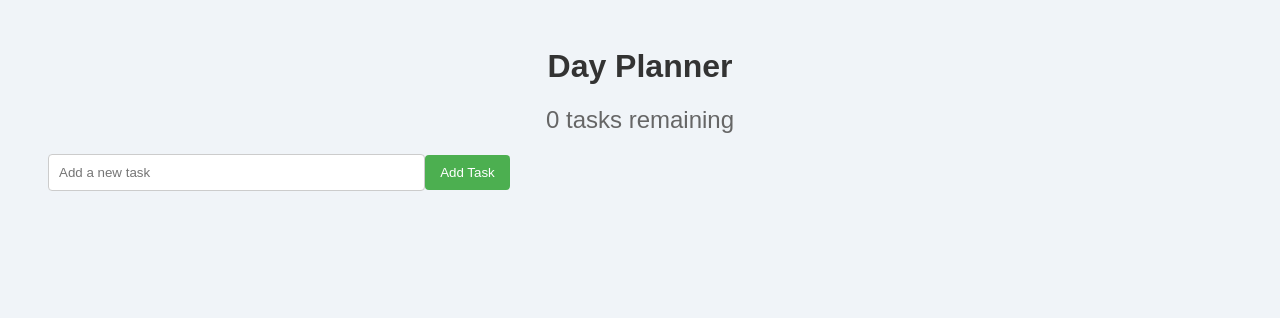
Repository: madelinestruthers/shema-lab04
Page: /
The author's editor kept a copy of each file at every save. The page is drawn from the files as they stood at one save, then again after the next save.
The browser window is 1280 px wide. The pictures show the whole page.
The project was rebuilt for these pictures with package versions that can differ from the ones it lists, and the page was loaded fresh each time. Also part of the build but not shown: src/components/Task.jsx.

Above is the page before, as saved 2024-10-20 19:55:00.

### src/index.css
/* src/index.css */
body {
  font-family: Arial, sans-serif;
  background-color: #f0f4f8;
  margin: 3rem;
  padding: 0;
}

.app-container {
  width: 80%;
  max-width: 600px;
  margin: 50px auto;
  background-color: #fff;
  padding: 20px;
  border-radius: 8px;
  box-shadow: 0 4px 8px rgba(0, 0, 0, 0.1);
}

h1 {
  text-align: center;
  color: #333;
}

h2 {
  text-align: center;
  color: #666;
  font-weight: normal;
}

.task-list {
  margin-top: 20px;
}

.task-item {
  display: flex;

  align-items: center;
  background-color: #f9f9f9;
  padding: 10px;
  border-radius: 4px;
  margin-bottom: 10px;
  border: 1px solid #e0e0e0;
}

.task-item.completed {
  background-color: #d1f7c4;
  text-decoration: line-through;
}

.task-item button {
  background-color: #ff4d4d;
  color: white;
  border: none;
  padding: 5px 10px;
  border-radius: 4px;
  cursor: pointer;
}

.task-item button:hover {
  background-color: #ff3333;
}

input[type="text"] {
  width: 30%;
  padding: 10px;
  border: 1px solid #ccc;
  border-radius: 4px;
}

button {
  background-color: #4caf50;
  color: white;
  border: none;
  padding: 10px 15px;
  border-radius: 4px;
  cursor: pointer;
}

button:hover {
  background-color: #45a049;
}


code {
  font-family: source-code-pro, Menlo, Monaco, Consolas, 'Courier New',
    monospace;
}

### src/App.jsx
// src/App.js
import React, { useState } from 'react';
import Task from './components/Task';
import TaskForm from './components/TaskForm';

function App() {
  const [tasks, setTasks] = useState([]);

  // Function to add a new task
  const addTask = (taskText) => {
    const newTask = {
      id: Date.now(),
      text: taskText,
      completed: false
    };
    setTasks([...tasks, newTask]);
  };

  // Function to toggle the task's completion status
  const toggleComplete = (taskId) => {
    setTasks(tasks.map(task =>
      task.id === taskId ? { ...task, completed: !task.completed } : task
    ));
  };

  // Function to delete a task
  const deleteTask = (taskId) => {
    setTasks(tasks.filter(task => task.id !== taskId));
  };

  // Count pending tasks
  const remainingTasks = tasks.filter(task => !task.completed).length;

  return (
    <div>
      <h1>Day Planner</h1>
      <h2>{remainingTasks} tasks remaining</h2>

      <TaskForm addTask={addTask} />

      <div>
        {tasks.map(task => (
          <Task
            key={task.id}
            task={task}
            toggleComplete={toggleComplete}
            deleteTask={deleteTask}
          />
        ))}
      </div>
    </div>
  );
}

export default App;

### src/components/TaskForm.jsx
// src/components/TaskForm.js
import React, { useState } from 'react';

const TaskForm = ({ addTask }) => {
  const [taskText, setTaskText] = useState('');

  const handleSubmit = (e) => {
    e.preventDefault();
    if (!taskText.trim()) return;
    addTask(taskText);
    setTaskText(''); // Clear input after submitting
  };

  return (
    <form onSubmit={handleSubmit}>
      <input
        type="text"
        value={taskText}
        onChange={(e) => setTaskText(e.target.value)}
        placeholder="Add a new task"
      />
      <button type="submit">Add Task</button>
    </form>
  );
};

export default TaskForm;

Loaded but not shown: public/index.html (common file); src/index.js (common file)

After the next save:
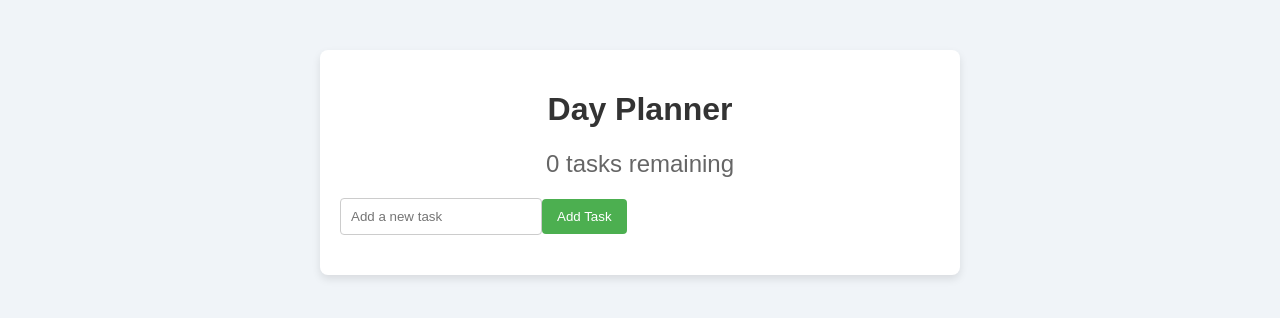
Saved 45 s later.
--- a/src/App.jsx
+++ b/src/App.jsx
@@ -1,45 +1,41 @@
-// src/App.js
+// src/App.jsx
 import React, { useState } from 'react';
-import Task from './components/Task';
-import TaskForm from './components/TaskForm';
+import Task from './components/Task.jsx';
+import TaskForm from './components/TaskForm.jsx';
 
 function App() {
   const [tasks, setTasks] = useState([]);
 
-  // Function to add a new task
   const addTask = (taskText) => {
     const newTask = {
       id: Date.now(),
       text: taskText,
-      completed: false
+      completed: false,
     };
     setTasks([...tasks, newTask]);
   };
 
-  // Function to toggle the task's completion status
   const toggleComplete = (taskId) => {
-    setTasks(tasks.map(task =>
+    setTasks(tasks.map((task) =>
       task.id === taskId ? { ...task, completed: !task.completed } : task
     ));
   };
 
-  // Function to delete a task
   const deleteTask = (taskId) => {
-    setTasks(tasks.filter(task => task.id !== taskId));
+    setTasks(tasks.filter((task) => task.id !== taskId));
   };
 
-  // Count pending tasks
-  const remainingTasks = tasks.filter(task => !task.completed).length;
+  const remainingTasks = tasks.filter((task) => !task.completed).length;
 
   return (
-    <div>
+    <div className="app-container">
       <h1>Day Planner</h1>
       <h2>{remainingTasks} tasks remaining</h2>
 
       <TaskForm addTask={addTask} />
 
-      <div>
-        {tasks.map(task => (
+      <div className="task-list">
+        {tasks.map((task) => (
           <Task
             key={task.id}
             task={task}
